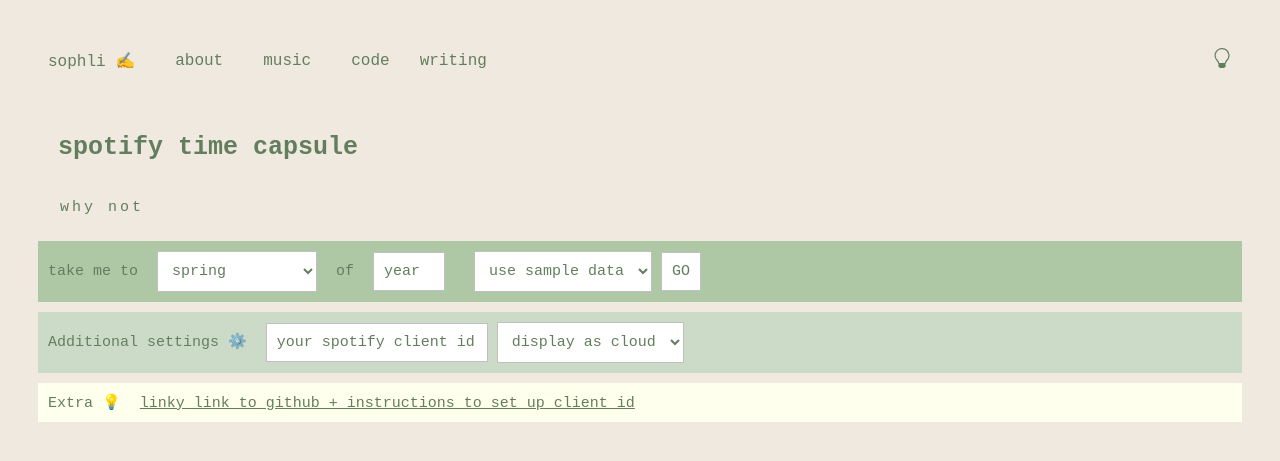
Repository: soph-lin/sophli-legacy
Page: http://localhost/code/spotistats.php
An editor plug-in stored every save of this project. The page is shown before and after the next save, followed by the edit.
The browser window is 1280 px wide. The pictures show the whole page.
The page is run by PHP 8.4 with error messages shown; the project is at /var/www/html/.

Above is the page before, as saved 2024-07-19 19:09:06.
Console error: SyntaxError: Unexpected token '<'

### code/spotistats.php
<!DOCTYPE html>
<?php include $_SERVER['DOCUMENT_ROOT'] . '/partials/header.php'; ?>
<html>
<body>
    <?php include $_SERVER['DOCUMENT_ROOT'] . '/partials/navbar.php'; ?>
    <h1>spotify time capsule</h1>
    <p id="splash-message-container" class="typewriter">why not</p>

    <div id='get-stats-div'>
        <span>take me to</span>
        <select id='time-type'>
            <option>spring</option>
            <option>summer</option>
            <option>fall</option>
            <option>winter</option>
            <option>custom period</option>
            <option>custom day</option>
        </select>
        <span id='custom-season-container' class='no-spacing'>
            <span>of</span>
            <input id='season-year' type="number" min="2006" step="1" placeholder='year'></input>
        </span>
        <span id='custom-period-container' class='no-spacing'>
            <input id='starting-date' type='date'></input>
            <span>to</span>
            <input id='end-date' type='date'></input>
        </span>
        <span>
        <span id='custom-day-container' class='no-spacing'>
            <input id='day' type='date'></input>
        </span>
        <span>
        <select id='data-type'>
            <option selected>use sample data</option>
            <option>use my spotify</option>
        </select>
        <button id='get-stats' type='button'>GO</button>
    </div>

    <div id='additional-settings-div'>
        <span>Additional settings ⚙️</span>
        <input id='client-id' placeholder='your spotify client id' style='width: 200px;'></input>
        <select id='songs-display-type'>
            <option selected>display as cloud</option>
            <option>display as list</option>
        </select>
    </div>
    <div id='extra-div'>
        <span>Extra 💡</span>
        <a href="https://github.com/ACulturedSwine/spotistats" target="_blank">linky link to github + instructions to set up client id</a>
    </div>
    <div id='results-div'>
        <span id='msg-container'></span>
        <ul id='stats'>
            <li id='num-songs-added'></li>
            <li id='hrs-added'></li>
            <li id='fun-stat'></li>
            <li id='audio-stats-container'>
                <span id='audio-stats-msg'>you tend to listen to songs with</span>
                <ul id='audio-stats' class='no-spacing'></ul>
            </li>
        </ul>
        <div id='list-display'></div>
        <div id='cloud'></div>
    </div>
</body>
</html>

### partials/header.php
<head>
    <title><?php echo isset($title) ? $title : "sophli!"; ?></title>
    <link
        id="favicon"
        rel="icon"
        href=""
    />
    <link rel="stylesheet" href="/css/style.css">
    <link rel="stylesheet" href="/css/ui.css">
    <link rel="stylesheet" href="/css/infocard.css">
    <link rel="stylesheet" href="/css/anim.css">
    <link rel="stylesheet" href="/css/theme.css">
    <script src="https://code.jquery.com/jquery-3.6.0.min.js"></script>
    <script src="/scripts/utils.js"></script>
    <script src="/scripts/theme.js"></script>
    <script src="/scripts/setup.js"></script>
</head>

### partials/navbar.php
<nav>
  <ul>
      <li><a href="/" id="logoContainer">sophli</a></li>
      <li><a href="/about.php">about</a></li>
      <li><a href="/music.php">music</a></li>
      <li><a href="/code.php">code</a></li>
      <li class="dropdown-list">writing
        <ul>
          <li><a href="/writing/lifeiszoo.php">lifeiszoo</a></li>
        </ul>
      </li>
      <li id="lightbulbContainer">
        <svg xmlns="http://www.w3.org/2000/svg" id="pullCord" width="50" height="300" viewBox="0 0 50 300">
            <g transform="translate(25,0)">
              <line x1="0" y1="0" x2="0" y2="200"/>
              <circle cx="0" cy="200" r="5"/>
              <g transform="scale(1.3)">
                <text x="-10" y="160" id="customPullCordHandle"></text> <!-- Since icon is scaled, y must be scaled too -->
              </g>
            </g>
        </svg>
        <svg xmlns="http://www.w3.org/2000/svg" id="lightbulb" width="20" height="20" fill="currentColor" class="bi bi-lightbulb" viewBox="0 0 16 16">
          <path d="M2 6a6 6 0 1 1 10.174 4.31c-.203.196-.359.4-.453.619l-.762 1.769A.5.5 0 0 1 10.5 13a.5.5 0 0 1 0 1 .5.5 0 0 1 0 1l-.224.447a1 1 0 0 1-.894.553H6.618a1 1 0 0 1-.894-.553L5.5 15a.5.5 0 0 1 0-1 .5.5 0 0 1 0-1 .5.5 0 0 1-.46-.302l-.761-1.77a2 2 0 0 0-.453-.618A5.98 5.98 0 0 1 2 6m6-5a5 5 0 0 0-3.479 8.592c.263.254.514.564.676.941L5.83 12h4.342l.632-1.467c.162-.377.413-.687.676-.941A5 5 0 0 0 8 1"/>
        </svg>
      </li>
  </ul>
</nav>



<?php
  $splash_messages = array(
    "✋","✌️","🤏","✍️","👐","👋","👏","👏","👌","🙏","🤙"
  );
  $random_message_index = array_rand($splash_messages);
?>

<script>
  var splashMessages = <?php echo json_encode($splash_messages); ?>;
  var randomMessageIndex = <?php echo $random_message_index; ?>;
  var splashMessageContainer = document.getElementById("logoContainer");
  const emoji = splashMessages[randomMessageIndex];
  splashMessageContainer.innerHTML = "sophli " + emoji;

  const faviconHREF = `data:[embedded picture, 19 characters]<svg xmlns='http://www.w3.org/2000/svg' viewBox='0 0 100 100'><text y='.9em' font-size='80'>${emoji}</text></svg>`;
  document.getElementById("favicon").setAttribute("href", faviconHREF);
</script>

### 404.php
<!DOCTYPE html>
<?php $title = "Page Not Found"; include $_SERVER['DOCUMENT_ROOT'] . '/partials/header.php';?>
<html>
<body>
    <?php include $_SERVER['DOCUMENT_ROOT'] . '/partials/navbar.php'; ?>
    <h1>PAGE NOT FOUND D:</h1>
</body>
</html>

### css/style.css
:root {
    --bg-color: #f0e9df;
    --primary-color: #637e5e;
    --font-color: #637e5e;
    --heading-color: #637e5e;
    --highlight-color: #99B590;
    --ui-bg-color: white;
}

[theme="dark"] {
    --bg-color: #001524;
    --primary-color: #1f4d66;
    --font-color: #c0ccb8;
    --heading-color: #c0ccb8;
    --highlight-color: #1f4d66;
    --ui-bg-color: #001524;
}

* {
    font-family: 'Courier New', Courier, monospace;
    padding: 10px;
    font-size: 15px;
    color: var(--font-color);
    user-select: none;
}

body {
    background-color: var(--bg-color);
}

body > * { /* all direct children of body are indented */
    margin-left: 20px;
}

h1 {
    font-weight: bold;
    font-family: monospace;
    font-size: 25px;
    color: var(--heading-color);
}

h2 {
    font-family: monospace;
}

a {
    padding: 0;
}

a:not(#githubIcon):hover {
    background-color: var(--highlight-color);
}

input, select, button {
    background-color: var(--ui-bg-color);
    border: 1px solid silver;
}

::placeholder {
    color: var(--font-color);
}

em, strong, i, b {
    padding: 0;
    margin: 0;
    color: inherit;
    font-family: inherit;
    font-size: inherit;
}

div > a {
    margin-right: 10px;
}

#githubIcon {
    display: inline-flex;
    margin-left: 5px;
}

#githubIcon svg {
    width: 32px;
    height: 32px;
    vertical-align: middle;
    object-fit: contain;
    margin-left: 0;
}

#logo { /* Logo styles are used if logo-container has a picture. */
    margin-top: 0;
    margin-bottom: 0;
}

#logo a {
    padding-top: 5px;
    padding-bottom: 5px;
}

#logo img {
    padding-top: 0;
    padding-bottom: 0;
    padding-right: 0;
}

nav {
    padding: 0px;
    background-size: cover;
    margin-left: 0;
    margin-bottom: 30px;
}

nav * {
    margin-left: 0;
    font-size: 16px;
}

nav a {
    display: block;
    color: var(--font-color);
    padding: 10px;
    text-decoration: none;
}

nav ul {
    display: flex;
    align-items: center;
    list-style: none;
    margin: 0;
    padding: 0;
}

nav li {
    display: inline-block;
}

nav ul li.dropdown-list {
    position: relative;
}

nav ul li.dropdown-list > ul {
    position: absolute;
    top: 100%;
    left: 0;
    text-align: center;
    display: none;
    border: 1px solid var(--primary-color);
    border-top: 0 none;
    vertical-align: top;
}

nav ul li.dropdown-list:hover ul {
    display: block;
}

### css/ui.css
.dropdown {
    padding-top: 0;
    padding-bottom: 0;
}
.dropdown-header {
    margin-left: 0;
    display: inline-block;
    cursor: pointer;
}

.dropdown-header h1 {
    float: left;
    margin-top: 0;
    margin-bottom: 0;
}

.dropdown-header svg {
    float: right;
    margin-left: 0;
}

.dropdown-info {
    display: none;
}

.tooltip {
    position: relative;
    display: inline-block;
    padding: 0;
}

.tooltip .tooltip-text {
    visibility: hidden;
    background-color: black;
    color: white;
    font-family: monospace;
    font-size: 10px;
    text-align: center;
    padding: 5px;
    border-radius: 6px;
    position: absolute;
    z-index: 1;
    bottom: 100%;
    left: 50%;
    transform: translateX(-50%);
    margin-bottom: 10px;
    width: 300px;
    opacity: 0;
    transition: opacity 0.3s;
}

.tooltip:hover .tooltip-text {
    visibility: visible;
    opacity: 1;
    position: absolute;
}

### css/infocard.css
:root {
    --info-card-boxshadow: #0000001a;
}

[theme="dark"] {
    --info-card-boxshadow: #1a2c3a;
}

.section-description {
    margin-bottom: 20px 0;
}

.info-card {
    display: grid;
    grid-template-columns: 1fr 2fr;
    gap: 5px;
    border-radius: 20px;
    box-shadow: 0 0 20px var(--info-card-boxshadow);
    padding: 5px;
    margin: 20px;
	grid-template-areas:
		'title'
		'subtitle'
		'desc'
        'extra';
	transition: 0.15s ease;
}

@media screen and (min-width: 900px) and (hover: hover) and (pointer: fine) {
	.info-card:hover {
		transform: translateY(-10px);
	}
}

.info-card div {
    margin: 15px;
}

.info-card .left {
    display: flex;
    justify-content: center;
    align-items: center;
}

.info-card .photo {
    max-width: 100%;
    height: 200px;
}

.info-card .photo {
    margin-left: 0;
}

.info-card .photo.getty-embed {
    width: 100%;
    max-width: 508px;
}

.info-card .photo.getty-embed div:nth-child(2) {
    padding: 10px 0;
    margin: 0px 0px 10px 0px;
    text-align: left;
    font-size: 5px;
}

.info-card .photo.getty-embed div:nth-child(2) a, .info-card .left div a {
    padding: 0;
    margin: 0;
    margin-left: 10px;
    font-size: 13px;
    font-family: monospace;
}

.info-card .photo.getty-embed div:nth-child(1) {
    overflow: hidden;
    position: relative;
    height: 0;
    padding: 66.92913% 0 0 0;
    width: 100%;
}

.info-card .photo.getty-embed div:nth-child(1) iframe {
    display: inline-block;
    position: absolute;
    top: 0;
    left: 0;
    padding: 0;
    width: 100%;
    height: 100%;
    margin: 0;
    border: 0;
}

.info-card .right {
    display: flex;
    flex-direction: column;
    justify-content: center;
    align-items: flex-start;
}

.info-card .right * {
    margin-left: 0;
}

.info-card h2 {
	grid-area: title;
    font-family: monospace;
    font-style: normal;
	font-weight: 700;
	font-size: 22px;
    margin: 0;
}

.info-card h3 {
	grid-area: subtitle;
	font-weight: 400;
	font-size: 20px;
}

.info-card .scientific-name {
    margin-top: 0;
    margin-bottom: 0;
    font-size: 20px;
    font-style: italic;
}

.info-card p {
	grid-area: desc;
    margin: 0;
}

.info-card .extra {
    grid-area: extra;
    font-style: italic;
}

### css/anim.css
.typewriter {
  overflow: hidden;/* Ensures the content is not revealed until the animation */
  border-left: 2px solid #637e5e;/* The typewriter cursor */
  white-space: nowrap;/* Keeps the content on a single line */
  margin: inherit auto;/* Gives that scrolling effect as the typing happens */
  letter-spacing: 3px;
  animation: typing 3.5s steps(30, end), blinking-cursor 1s step-end infinite;
}
/* Typing effect */
@keyframes typing {
  from {
    width: 0
  }
  to {
    width: 100%
  }
}
/* Cursor effect */
@keyframes blinking-cursor {
  from,
  to {
    border-color: transparent
  }
  50% {
    border-color: var(--primary-color);
  }
}

/* Image cloud */
#cloud {
  width: 90vw;
  height: 70vh;
  perspective: 1000px;
}

.cloud-image-container {
  display: flex;
  justify-content: center;
  position: absolute;
  transition: transform 0.5s;
}

.cloud-hover-text {
  display: block;
  visibility: hidden;
}

.cloud-image-container:hover {
  filter: drop-shadow(0px 0px 5px #D3D3D3);
  cursor: pointer;
}

.cloud-image-container:hover .cloud-hover-text {
  visibility: visible;
  text-shadow: 0px 0px 3px #ffffff;
}

### css/theme.css
#lightbulbContainer {
    margin-left: auto;
    position: relative;
}

#pullCord {
    position: absolute;
    top: -100px;
    right: 40px;
    transform: translateY(-100%);
    stroke: currentColor;
    fill: currentColor;
    stroke-width: 2;
    overflow: visible;

    font-size: 100px;
}

#pullCord line {
    stroke-dasharray: 5;
    stroke-linecap: round;
}

#pullCord.dropAnim {
    animation: conveyor cubic-bezier(0.68, -0.55, 0.27, 1.55) forwards 3s, moveDown forwards cubic-bezier(0.68, -0.55, 0.27, 1.55) 3s;
}

#pullCord.pullAnim {
    animation: pull forwards ease-in 0.2s;
}

#pullCord.dropped {
    transform: translateY(0%);
}

@keyframes conveyor {
    0% {
        stroke-dashoffset: 200;
    }

    50% {
        stroke-dashoffset: 0;
    }

    75% {
        stroke-dashoffset: 5;
    }

    80% {
        stroke-dashoffset: -5;
    }

    100% {
        stroke-dashoffset: 0;
    }
}

@keyframes moveDown {
    0% {
        transform: translateY(-100%);
    }

    50% {
        transform: translateY(0);
    }

    75% {
        transform: translateY(3px);
    }

    80% {
        transform: translateY(-3px);
    }

    100% {
        transform: translateY(0);
    }
}

@keyframes pull {
    0% {
        transform: translateY(0);
    }

    25% {
        transform: translateY(-5px);
    }

    50% {
        transform: translateY(5px);
    }

    100% {
        transform: translateY(0);
    }
}

### scripts/utils.js
function updateSplash(text) {
    var splashMessageContainer = document.getElementById('splash-message-container');
    if (splashMessageContainer) {
        restartAnim(splashMessageContainer, 'typewriter');
        splashMessageContainer.textContent = text;
    }
    else console.error('splashMessageContainer not found');
}

function restartAnim(obj, anim) {
    if (!obj) {
        console.error('Object not found for restartAnim');
    }

    if (!obj.classList.contains(anim)) {
        console.error('Animation not found in\n' + obj);
    }

    obj.classList.remove(anim);
    void obj.offsetWidth; // triggers reflow, makes animation start at beginning
    obj.classList.add(anim);
}

function getToday() { // returns date mmdd (ex. 1-12)
    let today = new Date();
    return today.getMonth() + 1 + '-' + today.getDate();
}

function setSvgPath(svg, path) {
    svg.getElementsByTagName('path')[0].setAttribute('d', path);
}

/* randomizer functions */

function random(array) {
    if (array instanceof Array) {
        return array[(Math.floor(Math.random() * array.length))];
    }
    else {
        console.log('not an array silly billy');
        return null;
    }
}

function randomIndex(array) {
    if (array instanceof Array) {
        return Math.floor(Math.random() * array.length);
    }
    else {
        console.log('not an array silly billy');
        return null;
    }
}

function randomMultiple(array, n) {
    if (array instanceof Array) {
        const shuffled = array.sort(() => 0.5 - Math.random());
        return shuffled.slice(0, n);
    }
    else {
        console.log('not an array silly billy');
        return null;
    }
}

function chance(probability) {
    if (probability < 0 || probability > 1) {
        console.error('Please give a probability between 0 and 1, inclusive.');
    }
    return Math.random() < probability;
}

/* Script load functions */

function getPage() {
    let page = window.location.pathname.split("/").pop();
    if (page.endsWith('.php')) page = page.slice(0, -4); // slice .php from name
    return page;
}

function addScript(path, type, makeDefer) {
    return new Promise((resolve, reject) => {
        var script = document.createElement('script');
        script.src = path;

        if (type) script.type = type;
        if (makeDefer) script.defer = true;
        script.addEventListener('load', () => {
            resolve();
        });
        script.addEventListener('error', () => {
            reject(`Failed to load script: ${path}`);
        });
        document.head.appendChild(script);
    });
}

function addCSS(path) {
    const link = document.createElement("link");
    link.rel = "stylesheet";
    link.type = "text/css";
    link.href = path;
    document.head.appendChild(link);
}

/* Deprecated script load functions

function addScriptToHead(path, page) {
    if (isPage(page)) addScript(path);
}

function addCSSToHead(path, page) {
    if (isPage(page)) addCSS(path);
}

function isPage(page) {
    var thisFileName = getPage();
    if (thisFileName === page) return true;
    else return false;
}

*/

### scripts/setup.js
document.addEventListener('DOMContentLoaded', async function() {
    let page = getPage();
    switch (page) {
        case 'ginkgo':
            addCSS('/css/ginkgo.css');
            addScript('/ginkgo/ginkgo-data.js');
            addScript('/ginkgo/multiselect-dropdown.js');
            addScript('/ginkgo/ginkgo.js', 'module');
            break;
        case 'spotistats':
            addCSS('/css/spotistats.css');
            await addScript('/spotistats/spotistats-sample-data.js');
            await addScript('/spotistats/spotistats-icons.js');
            // await so data can load before analytics script (next script) does
            addScript('/spotistats/spotistats.js');
        case 'dayglobe':
            addCSS('/dayglobe/dayglobe.css');
            addScript('/dayglobe/dayglobe.js');
        case 'lifeiszoo':
            addCSS('/writing/lifeiszoo/lifeiszoo.css');
    }
    setupSplash(page);
    setupThemeEls(); // run in /scripts/theme.js
    bindEvents();
});

function setupSplash(page) {
    const splashMessageContainer = document.getElementById('splash-message-container');
    if (!splashMessageContainer || splashMessageContainer.textContent) return; // don't set splash if none or already set
    const msgs = [
        'pick a flower on earth and you move the farthest star',
        'and the rain lets up',
        'life cascades into oblivion',
        'life is a beautiful, magnificent thing, even to a jellyfish'
    ];

    const specialMsgs = {
        '1-1': 'happy new year!',
        '2-14': `happy valentine's!`,
        '10-31': 'happy halloween!',
        '12-25': 'merry christmas!'
    };

    const pageMsgs = {
        'lifeiszoo': [
            'joy is discovery',
            'venture into the wilderness',
            'listen to the stillness... it is the world',
            'see the wonders, snatch it for yourself and keep it',
            'amidst the tsunamis and borealis',
            `it's a bright and sunshiney day, once again ~`,
            'nice weather for a picnic ~',
            'breathe in jungle safari'
        ]
    }

    let today = getToday();
    if (page in pageMsgs) { // page-specific message
        splashMessageContainer.textContent = random(pageMsgs[page]);
    }
    else if (today in specialMsgs) {
        splashMessageContainer.textContent = specialMsgs[today];
    }
    else {
        splashMessageContainer.textContent = random(msgs);
    }
}

function bindEvents() {
    // detect user interaction with dropdoww on .dropInfo
    const headers = document.querySelectorAll('.dropdown-header');
    const downCaret = "M7.247 11.14 2.451 5.658C1.885 5.013 2.345 4 3.204 4h9.592a1 1 0 0 1 .753 1.659l-4.796 5.48a1 1 0 0 1-1.506 0z";
    const upCaret = "m7.247 4.86-4.796 5.481c-.566.647-.106 1.659.753 1.659h9.592a1 1 0 0 0 .753-1.659l-4.796-5.48a1 1 0 0 0-1.506 0z";
    if (headers) {
        headers.forEach(el => el.addEventListener('click', function() {
            svgEl = el.querySelector('svg');
            if (!svgEl) {
                console.error('.dropdown-header caret svg not found: ' + el);
            }

            // toggle open
            let open = el.open;
            if (open !== undefined) {
                open = !open;
                el.open = open;
            }
            else {
                open = true;
                el.open = true;
            }

            // update caret and display
            const info = el.nextElementSibling;
            if (open) {
                setSvgPath(svgEl, upCaret);
                info.style.display = 'block';
                new Audio('/sounds/open.wav').play();
            }
            else {
                setSvgPath(svgEl, downCaret);
                info.style.display = 'none';
                new Audio('/sounds/close.mp3').play();
            }
        }));
    }
}

### css/spotistats.css
:root {
    --get-stats-div-color: #aec8a6;
    --additional-settings-div-color: #ccdbc7;
    --extra-div-color: #FFFFED;
}

[theme="dark"] {
    --get-stats-div-color: #00060f;
    --additional-settings-div-color: #000a14;
    --extra-div-color: #000d1a;
}

div {
    padding-left: 0px;
    margin: 10px;
}

#get-stats-div {
    background-color: var(--get-stats-div-color);
}

#additional-settings-div {
    background-color: var(--additional-settings-div-color);
}

#extra-div {
    background-color: var(--extra-div-color);
}

#msg-container {
    white-space: pre-wrap;
}

#results-div {
    margin-top: 0px;
    padding-top: 0px;
}

.no-spacing {
    margin: 0;
    padding: 0;
}

.no-spacing-vertical {
    margin-top: 0;
    margin-bottom: 0;
    padding-top: 0;
    padding-bottom: 0;
}

.no-spacing-bottom {
    margin-bottom: 0;
    padding-bottom: 0;
}

.spotistats-dropdown {
    background-color: transparent;
    background-repeat: no-repeat;
    border: none;
    cursor: pointer;
    overflow: hidden;
    outline: none;
}

#audio-stats-msg {
    margin-left: 0;
    padding-left: 0;
    margin-bottom: 10px;
}

#audio-stats {
    margin-top: 10px;
}

#stats {
    display: none;
}

#cloud {
    display: none;
}

#list-display {
    display: none;
}

#custom-season-container {
    display: none;
}

#season-year {
    width: 50px;
}

#custom-period-container {
    display: none;
}

#custom-day-container {
    display: none;
}

### dayglobe/dayglobe.css
:root {
    --sun-color: white;
    --window-border: #333;
    --glass-opacity: 0.3;

    --border-index: 10;
    --blur-index: 5;
}

[theme="dark"] {
    --window-border: #000d1a;
}

#window {
    margin: 50px auto;
    padding: 0;
    width: 500px;
    height: 300px;
    border: 15px solid var(--window-border);
    border-radius: 10px;
    box-shadow: 0 0 10px rgba(0, 0, 0, 0.5);

    overflow: hidden;
    position: relative;
}

#window-border {
    box-sizing: border-box;
    width: 100%;
    height: 100%;
    border: 20px solid rgba(255, 255, 255, var(--glass-opacity));
    box-shadow: 0 0 10px rgba(0, 0, 0, 0.5),
                inset 0 0 10px rgba(0, 0, 0, 0.5);
    z-index: var(--border-index - 5);
}

#window-border::before, #window-border::after {
    content: '';
    position: absolute;
    background-color: rgba(255, 255, 255, var(--glass-opacity));
    box-shadow: 0 0 10px rgba(0, 0, 0, 0.5);
    z-index: var(--border-index);
}

#window-border::before {
    width: calc(100% - 40px);
    height: 20px;
    top: 50%;
    left: 20px;
    transform: translateY(-50%);
}

#window-border::after {
    width: 20px;
    height: calc(100% - 40px);
    top: 20px;
    left: 50%;
    transform: translateX(-50%);
}

#blur {
    width: 100%;
    height: 100%;
    background-color: rgba(255, 255, 255, .15);
    /* backdrop-filter: blur(5px); */
    position: absolute;
    z-index: var(--blur-index);
}

#center-pt { /* for testing coord system of sun */
    width: 10px;
    height: 10px;
    background: red;
    border-radius: 50%;
    left: 50%;
    top: 50%;
    transform: translate(-50%, -50%);
    position: absolute;
    display: none;
}

#sun {
    width: 80px;
    height: 80px;
    background: var(--sun-color);
    border-radius: 50%;

    position: absolute;
    left: -5px;
    top: -5px;

    opacity: 0;
}

@keyframes glow {
    0% {
        box-shadow: 0 0 10px 5px var(--sun-color);
    }

    50% {
        box-shadow: 0 0 20px var(--sun-color),
                    0 0 60px var(--sun-color),
                    0 0 150px var(--sun-color);
    }

    100% {
        box-shadow: 0 0 10px 5px var(--sun-color);
    }
}

@keyframes phaseChange {
    0% {
        --sun-color: #FFFFFF;
        background: #FFFFFF;
    }

    25% {
        --sun-color: #FFE484;
        background: #FFE484;
    }

    50% {
        --sun-color: #FFCC33;
        background: #FFCC33;
    }

    70% {
        --sun-color: #FC9601;
        background: #FC9601;
    }

    100% {
        --sun-color: #D14009;
        background: #D14009;
    }
}

@keyframes skyChange {
    0% {
        background-color: #B5D6E0;
    }

    50% {
        background-color: #C7E1E5;
    }

    80% {
        background-color: #FFEF7A;
    }

    90% {
        background-color: #F7C16A;
    }

    100% {
        background-color: #F46A55;
    }
}

### writing/lifeiszoo/lifeiszoo.css
/*
.toc-section-container {
    margin: 10px 10px 40px 10px;
}

.toc-section-container > h1, p  {
    margin: 10px 10px 10px 0px;
}

.toc-section-container > div {
    margin-left: 15px;
}

a {

}
*/

#lifeiszoo-bottom-desc {
    margin-bottom: 20px;
}

.toc-section-container, .info-card {
    padding-top: 0;
    padding-bottom: 0;
}

.toc-section-container .toc-entries {
    margin-left: 10px;
}

/* Get rid of big gap between desc and entries */

#entriesContainer {
    padding-top: 0;
}

#entriesContainer .toc-section-container:first-of-type {
    padding-top: 0;
}

#entriesContainer .toc-section-container:first-of-type h1 {
    margin-top: 0;
}

Loaded but not shown: spotistats/spotistats.js (1318 lines, source omitted); spotistats/spotistats-icons.js (555 lines, source omitted); scripts/theme.js (180 lines, source omitted); dayglobe/dayglobe.js (168 lines, source omitted)

After the next save:
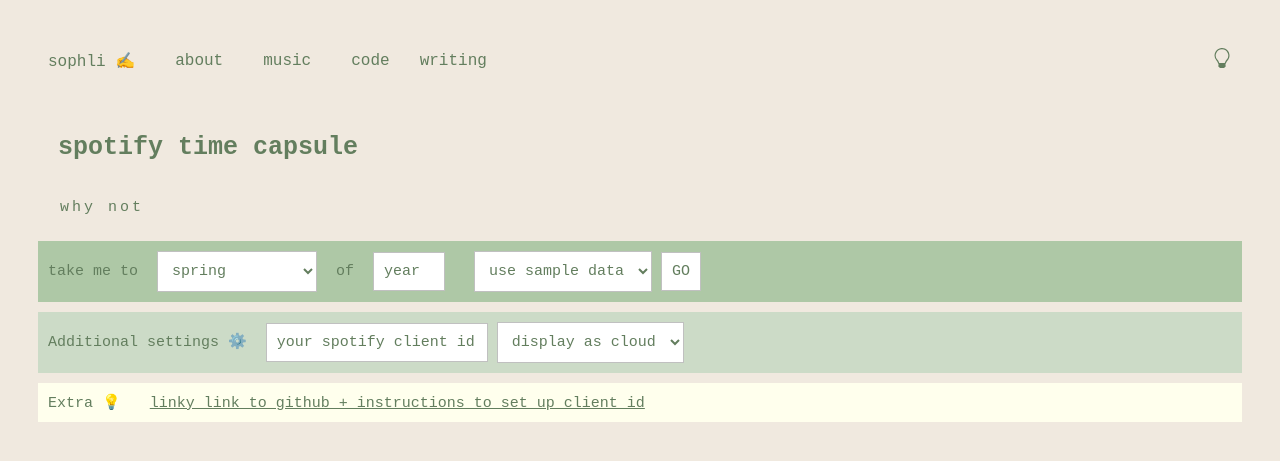
Saved 7 s later.
--- a/css/style.css
+++ b/css/style.css
@@ -41,10 +41,6 @@
 
 h2 {
     font-family: monospace;
-}
-
-a {
-    padding: 0;
 }
 
 a:not(#githubIcon):hover {
